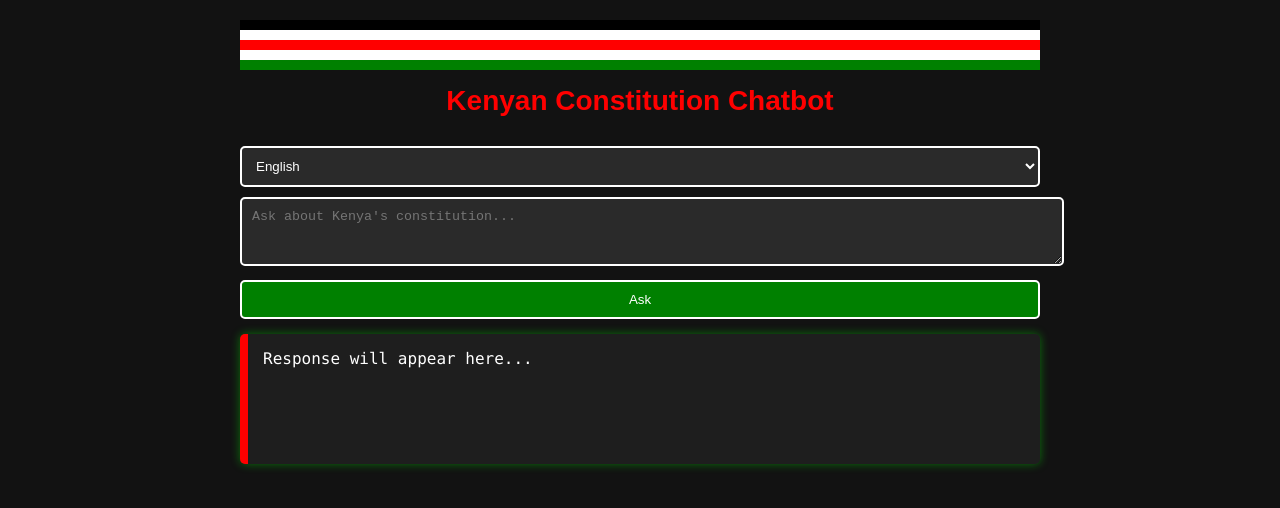
Repository: poip-boop/Bilingual-RAG-Chatbot-on-Constitution-of-Kenya
Page: index.html
These files come from the project's save history. The page is drawn as it stood at one moment and after a run of saves; the edit follows.
The browser window is 1280 px wide. The pictures show the whole page.

Above is the page before, as saved 2025-04-25 19:23:39.

### index.html
<!DOCTYPE html>
<html>
<head>
    <title>Kenya Constitution Chatbot</title>
    <style>
        body {
            font-family: Arial, sans-serif;
            background-color: #121212;
            color: #fff;
            max-width: 800px;
            margin: 0 auto;
            padding: 20px;
            border-radius: 10px;
        }

        .flag-stripe {
            height: 10px;
            width: 100%;
        }

        .black-stripe { background-color: black; }
        .red-stripe { background-color: red; }
        .white-stripe { background-color: white; }
        .green-stripe { background-color: green; }

        h1 {
            text-align: center;
            color: red;
            margin-top: 15px;
            font-size: 28px;
        }

        #response {
            background: #1e1e1e;
            padding: 15px;
            border-left: 8px solid red;
            border-radius: 5px;
            min-height: 100px;
            margin-top: 15px;
            white-space: pre-wrap;
            font-family: Consolas, monospace;
            box-shadow: 0px 0px 10px rgba(0,255,0,0.4);
        }

        textarea, select, button {
            width: 100%;
            padding: 10px;
            margin-top: 10px;
            border-radius: 5px;
            border: 2px solid white;
            background-color: #2a2a2a;
            color: white;
        }

        button {
            background: green;
            cursor: pointer;
            transition: background 0.3s;
        }

        button:hover {
            background: red;
        }
    </style>
</head>
<body>
    <div class="flag-stripe black-stripe"></div>
    <div class="flag-stripe white-stripe"></div>
    <div class="flag-stripe red-stripe"></div>
    <div class="flag-stripe white-stripe"></div>
    <div class="flag-stripe green-stripe"></div>

    <h1>Kenyan Constitution Chatbot</h1>

    <div>
        <select id="language">
            <option value="en">English</option>
            <option value="sw">Swahili</option>
        </select>
    </div>

    <textarea id="question" rows="3" placeholder="Ask about Kenya's constitution..."></textarea>
    <button onclick="ask()">Ask</button>

    <div id="response">Response will appear here...</div>

    <script>
        async function ask() {
            const question = document.getElementById('question').value;
            const language = document.getElementById('language').value;
            const responseDiv = document.getElementById('response');

            if (!question) {
                alert("Please enter a question");
                return;
            }

            responseDiv.innerHTML = "Thinking...";

            try {
                const response = await fetch('/ask', {
                    method: 'POST',
                    headers: { 'Content-Type': 'application/json' },
                    body: JSON.stringify({ question: question, language: language })
                });

                const data = await response.json();
                let text = data.answer;
                responseDiv.innerHTML = "";

                let i = 0;
                function typeWriter() {
                    if (i < text.length) {
                        responseDiv.innerHTML += text.charAt(i);
                        i++;
                        setTimeout(typeWriter, 15);
                    }
                }
                typeWriter();

            } catch (error) {
                responseDiv.innerHTML = "Error: " + error.message;
            }
        }
    </script>
</body>
</html>

After the next 2 saves:
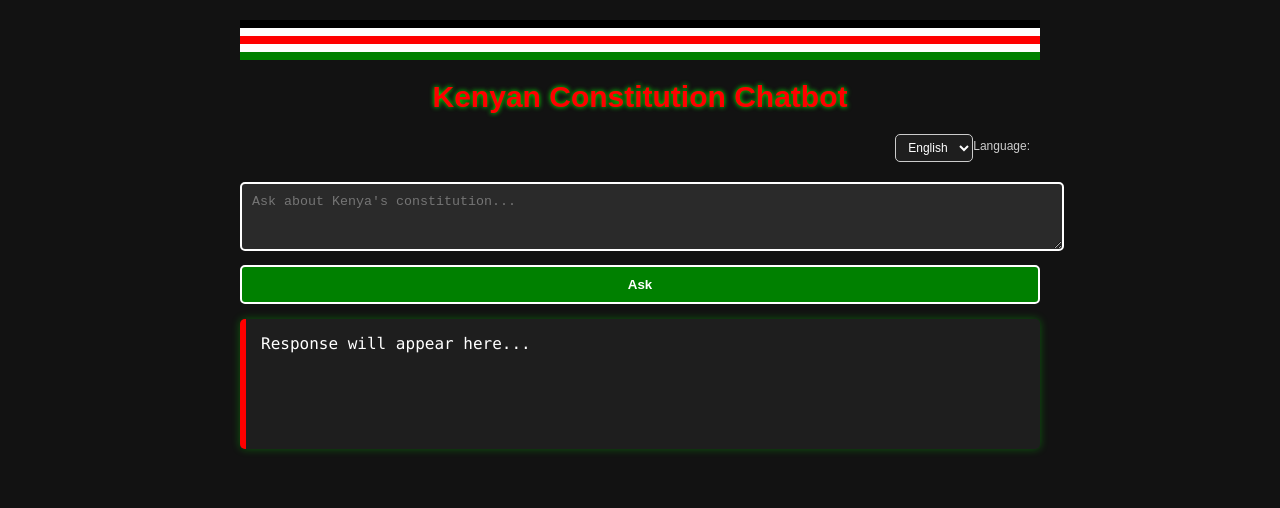
The 2 saves are shown as one change because they came seconds apart.
The last was saved 11 h 48 min later.
--- a/index.html
+++ b/index.html
@@ -14,7 +14,7 @@
         }
 
         .flag-stripe {
-            height: 10px;
+            height: 8px;
             width: 100%;
         }
 
@@ -25,41 +25,76 @@
 
         h1 {
             text-align: center;
-            color: red;
-            margin-top: 15px;
-            font-size: 28px;
+            color: #ff0000;
+            font-size: 30px;
+            margin: 20px 0;
+            text-shadow: 0 0 5px #00ff00;
         }
 
         #response {
             background: #1e1e1e;
             padding: 15px;
-            border-left: 8px solid red;
+            border-left: 6px solid red;
             border-radius: 5px;
             min-height: 100px;
             margin-top: 15px;
             white-space: pre-wrap;
             font-family: Consolas, monospace;
-            box-shadow: 0px 0px 10px rgba(0,255,0,0.4);
+            box-shadow: 0 0 8px rgba(0,255,0,0.3);
         }
 
-        textarea, select, button {
+        textarea {
+            width: 100%;
+            padding: 10px;
+            margin-top: 10px;
+            border-radius: 5px;
+            border: 2px solid #fff;
+            background-color: #2a2a2a;
+            color: white;
+        }
+
+        button {
             width: 100%;
             padding: 10px;
             margin-top: 10px;
             border-radius: 5px;
             border: 2px solid white;
-            background-color: #2a2a2a;
+            background: green;
             color: white;
-        }
-
-        button {
-            background: green;
+            font-weight: bold;
             cursor: pointer;
-            transition: background 0.3s;
+            transition: background 0.3s, transform 0.2s;
         }
 
         button:hover {
             background: red;
+            transform: scale(1.03);
+        }
+
+        #language {
+            width: auto;
+            padding: 5px 8px;
+            font-size: 12px;
+            border-radius: 5px;
+            background-color: #1e1e1e;
+            color: white;
+            border: 1px solid #ccc;
+            float: right;
+            margin-bottom: 10px;
+        }
+
+        .lang-label {
+            float: right;
+            margin-right: 10px;
+            font-size: 12px;
+            color: #ccc;
+            margin-top: 5px;
+        }
+
+        .clearfix::after {
+            content: "";
+            clear: both;
+            display: table;
         }
     </style>
 </head>
@@ -72,7 +107,8 @@
 
     <h1>Kenyan Constitution Chatbot</h1>
 
-    <div>
+    <div class="clearfix">
+        <label class="lang-label" for="language">Language:</label>
         <select id="language">
             <option value="en">English</option>
             <option value="sw">Swahili</option>
